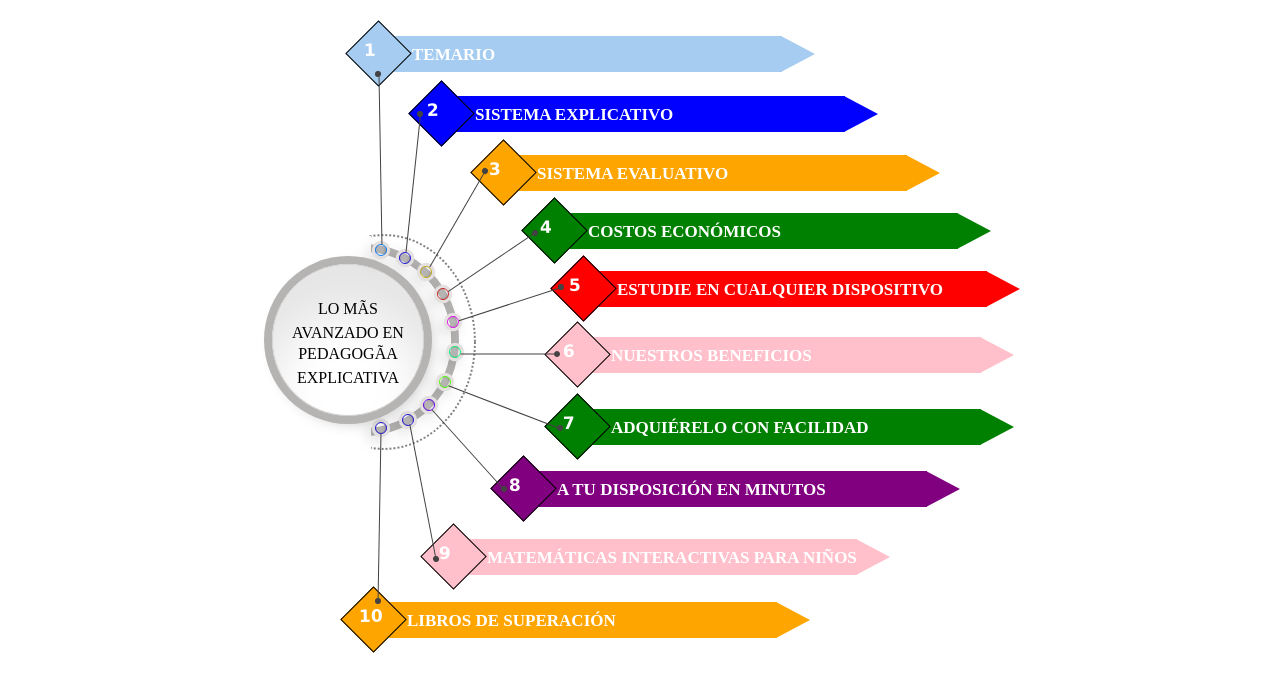
Repository: jennymoreno94/Menu
Page: index.html
The author's editor kept a copy of each file at every save. The page is drawn from the files as they stood at one save, then again after the next save.
The browser window is 1280 px wide. The pictures show the whole page.

Above is the page before, as saved 2021-08-02 00:17:18.

### index.html
<!DOCTYPE html>
<html lang=”en”>

<head>
  <link rel="stylesheet" href="estilo.css">
  <meta charset=”UTF-8″ />
  <title>Menu</title>
</head>
<body>
  <container>
    <div class="circulo-completo">
      <div class="circle-menu">
        <p>LO MÁS AVANZADO EN PEDAGOGÍA EXPLICATIVA</p>
      </div>
      <div id="circulo" class="circle-menus derecha"></div>
    </div>
    <div class="circle-punto derecha"> </div>
  </container>
</body>
<script type="text/javascript" src="menu.js"></script>

</html>

### estilo.css


.circulo-completo {
    margin: 250px;
}

.circle-menu {
    position: relative;
    width: 150px;
    height: 150px;
    border: 1px solid rgb(211, 208, 208);
    border-radius: 50%;
    box-shadow: inset 0 3em 3em rgba(0, 0, 0, 0.1), 0 0 0 0.5rem rgb(182, 179, 179), 0.3em 0.3em 1em rgba(0, 0, 0, 0.3);
    float: left;
    z-index: 7;
    margin: 14px;
}

p {
    padding: 1rem;
    text-align: center;
}

.circle-menus {
    position: relative;
    background-color: gray;
    width: 180px;
    height: 180px;
    border-radius: 50% 50%;
    margin-left: -165px;
    float: left;
    z-index: 6;
}

.circle-menus::before {
    position: absolute;
    content: "";
    top: 1%;
    left: 1%;
    background-color: #fff;
    height: 98%;
    width: 98%;
    border-radius: 50% 50%;
    box-shadow: inset 0 3em 3em rgb(255, 255, 255), 0 0 0 0.5rem rgb(182, 179, 179), 0.3em 0.3em 1em rgb(255, 255, 255);
}

.circle-menus::after {
    position: absolute;
    content: "";
    height: 50%;
    background-color: rgb(255, 255, 255);
    border: 1px solid #fff;
    top: 50%;
    left: 0;
    width: 100%;
    box-shadow: inset 0 3em 3em rgb(255, 255, 255), 0 0 0 0.5rem rgb(255, 255, 255), 0.3em 0.3em 1em rgb(255, 255, 255);
}

.circle-menus.derecha {
    transform: rotate(90deg);
}

.circulo-pequeno {
    position: relative;
    width: 10px;
    height: 10px;
    border-radius: 50%;
    box-shadow: inset 0 0.1rem 0.1rem rgba(0, 0, 0, 0.1), 0 0 0 0.2rem rgb(229, 224, 224), 0.3em 0.3em 1em rgba(0, 0, 0, 0.3);
    float: left;
    z-index: 5;
}

.num1 {
    border: 1px solid rgb(10 124 241);
    margin: 66px 0px 48px -6px;
}

.num::after {
    height: 1px;
    background-color: red;
}

.num2 {
    border: 1px solid rgb(32 20 212);
    margin: 42px 0px 0px -4px;
}

.num3 {
    border: 1px solid rgb(190 169 26);
    margin: 21px 0px 0px 2px;
}

.num4 {
    border: 1px solid rgb(200 41 41);
    margin: 4px 0px 0px 10px;
}

.num5 {
    border: 1px solid rgb(222 19 235);
    margin: -6px 0px 0px 16px;
}

.num6 {
    border: 1px solid rgb(18 235 115);
    margin: -8px 0px 0px 18px;
}

.num7 {
    border: 1px solid rgb(89 249 20);
    margin: 2px 0px 0px 18px;
}

.num8 {
    border: 1px solid rgb(100 3 225);
    margin: 18px 0px 0px 11px;
}

.num9 {
    border: 1px solid rgb(32 20 212);
    margin: 39px -1px 0px 3px;
}

.num10 {
    border: 1px solid rgb(32 20 212);
    margin: 66px -14px 0px -3px;
}

.circle-punto {
    position: relative;
    width: 212px;
    height: 180px;
    border-radius: 50% 50%;
    margin-left: -177px;
    border: 2px dotted gray;
    float: left;
    z-index: 4;
}

.circle-punto::before {
    position: absolute;
    content: "";
    top: 1%;
    left: 1%;
    background-color: #fff;
    height: 98%;
    width: 98%;
    border-radius: 50% 50%;
}

.circle-punto::after {
    position: absolute;
    content: "";
    height: 50%;
    background-color: rgb(255, 255, 255);
    border: 1px dotted #fff;
    top: 57%;
    left: 0;
    width: 100%;
}

.circle-punto.derecha {
    transform: rotate(90deg);
}

.boton-agrupado {
    position: relative;
    float: left;
    z-index: 3;
}

.button-href {
    position: relative;
    width: 400px;
    height: 36px;
    background: white;
    display: inline-block;
    color: black;
    text-decoration: none;
    z-index: -1;

}

.flecha {
    position: absolute;
    content: "";
    border-left: 34px solid white;
    border-top: 18px solid transparent;
    border-bottom: 18px solid transparent;
    margin-left: -1px;
}

.texto {
    margin-left: 30px;
    margin-top: 9px;
    font-size: 17px;
    color: white;

}

.btn1 {
    transform: translateY(-268px) translateX(-391px) rotate(630deg);
}

.btn2 {
    transform: translateY(-307px) translateX(-339px) rotate(630deg);
}

.btn3 {
    transform: translateY(-348px) translateX(-294px) rotate(630deg);
}

.btn4 {
    transform: translateY(-382px) translateX(-258px) rotate(630deg);
}

.btn5 {
    transform: translateY(-401px) translateX(-228px) rotate(630deg);
}

.btn6 {
    transform: translateY(-393px) translateX(-192px) rotate(630deg);
}

.btn7 {
    transform: translateY(-403px) translateX(-150px) rotate(630deg);
}

.btn8 {
    transform: translateY(-365px) translateX(-111px) rotate(630deg);
}

.btn9 {
    transform: translateY(-316px) translateX(-58px) rotate(630deg);
}

.btn10 {
    transform: translateY(-263px) translateX(-3px) rotate(630deg);
}


.linea {
    position: relative;
    width: 112px;
    height: 47px;
    border-bottom: 1px solid rgb(68, 66, 66);
    float: left;
    z-index: 4;
    transform: translateY(4px) translateX(-168px) rotate(181deg);
}

.punto {
    position: relative;
    width: 4px;
    height: 4px;
    border-radius: 50%;
    float: left;
    background: rgb(68, 66, 66);;
    border: 1px solid rgb(68, 66, 66);;
    z-index: 4;
}



.linea1 {
    transform: translateY(5px) translateX(-168px) rotate(179deg);
    width: 168px;
}

.punto1{
    transform: translateY(-43px) translateX(-174px) rotate(181deg);
}


.linea2 {
    transform: translateY(-4px) translateX(-143px) rotate(186deg);
    width: 140px;
}

.punto2 {
    transform: translateY(-61px) translateX(-142px) rotate(186deg);
}

.linea3 {
    transform: translateY(-30px) translateX(-115px) rotate(210deg);
    width: 111px;
}

.punto3 {
    transform: translateY(-105px) translateX(-99px) rotate(210deg);
}

.linea4 {
    transform: translateY(-54px) translateX(-98px) rotate(236deg);
    width: 104px;
}

.punto4 {
    transform: translateY(-138px) translateX(-59px) rotate(236deg);
}

.linea5 {
    transform: translateY(-68px) translateX(-88px) rotate(252deg);
    width: 106px;
}

.punto5 {
    transform: translateY(-154px) translateX(-33px) rotate(254deg);
}


.linea6 {
    transform: translateY(-72px) translateX(-64px) rotate(270deg);
    width: 95px;
}

.punto6 {
    transform: translateY(-148px) translateX(4px) rotate(270deg);
}

.linea7 {
    transform: translateY(-86px) translateX(-51px) rotate(291deg);
    width: 118px;
}

.punto7 {
    transform: translateY(-161px) translateX(48px) rotate(291deg);
}

.linea8 {
    transform: translateY(-75px) translateX(-20px) rotate(318deg);
    width: 107px;
}

.punto8 {
    transform: translateY(-121px) translateX(86px) rotate(318deg);
}

.linea9 {
    transform: translateY(-11px) translateX(12px) rotate(169deg);
    width: 140px;
}

.punto9 {
    transform: translateY(-74px) translateX(141px) rotate(169deg);}

.linea10 {
    transform: translateY(-41px) translateX(11px) rotate(361deg);
    width: 168px;
}

.punto10 {
    transform: translateY(-43px) translateX(175px) rotate(361deg);
}

.text {
    border-radius: 4px;
    font-family: Verdana;
    color: white;
    position: relative;
    overflow: hidden;
    padding: 4px;
    top: 37%;
    transform: translateY(-111%) rotate( 314deg);
    font-size: 17px;
    text-transform: uppercase;
}

.rombo {
    position: absolute;
    content: "";
    width: 45px;
    height: 45px;
    background: white;
    -webkit-transform: rotate(45deg);
    -moz-transform: rotate(45deg);
    -ms-transform: rotate(45deg);
    -o-transform: rotate(45deg);
    transform: rotate(45deg);
    border: 1px solid;
    margin-left: -27px;
    margin-top: -6px;
    z-index: 1;
}

### menu.js
let circulo = document.getElementById("circulo");

function Menu() {
    for (i = 0; i < 10 ; i++ ) {
        let circuloPequeno = document.createElement("div")
        circuloPequeno.classList.add("circulo-pequeno")
        circuloPequeno.classList.add(`num${i+1}`)

        let linea = document.createElement("div")
        linea.classList.add("linea")
        linea.classList.add(`linea${i+1}`)

        let punto = document.createElement("div")
        punto.classList.add("punto")
        punto.classList.add(`punto${i+1}`)


        let boton = document.createElement("div")
        boton.classList.add("boton-agrupado")
        boton.classList.add(`btn${i+1}`)

        let color=cambiocolor(i+1)

        let spanRombo =document.createElement("span")
        spanRombo.classList.add("rombo")
        spanRombo.style.setProperty(`background`, color);

        let h3Rombo =document.createElement("h3")
        h3Rombo.classList.add("text")

        let link =document.createElement("a")
        link.classList.add("button-href")
        link.style.setProperty(`background`, color);

        let span =document.createElement("span")
        span.classList.add("flecha")
        span.style.setProperty(`border-left`,`34px solid ${color}`);

        let h3 =document.createElement("h3")
        h3.classList.add("texto")
        let textoFinal = texto(i+1)

        circulo.appendChild(circuloPequeno)
        circuloPequeno.appendChild(linea)
        circuloPequeno.appendChild(punto)
        circuloPequeno.appendChild(boton)
        boton.appendChild(spanRombo)
        boton.appendChild(link)
        boton.appendChild(span)
        link.appendChild(h3)
        spanRombo.appendChild(h3Rombo)
        h3.append(textoFinal);
        h3Rombo.append(i+1);
    }
}


function texto(num) {
    let texto = ''
    switch (num) {
        case 1: texto='TEMARIO'
        break;
        case 2: texto='SISTEMA EXPLICATIVO'
        break;
        case 3: texto='SISTEMA EVALUATIVO'
        break;
        case 4: texto='COSTOS ECONÓMICOS'
        break;
        case 5: texto='ESTUDIE EN CUALQUIER DISPOSITIVO'
        break;
        case 6: texto='NUESTROS BENEFICIOS'
        break;
        case 7: texto='ADQUIÉRELO CON FACILIDAD'
        break;
        case 8: texto='A TU DISPOSICIÓN EN MINUTOS'
        break;
        case 9: texto='MATEMÁTICAS INTERACTIVAS PARA NIÑOS'
        break;
        case 10: texto='LIBROS DE SUPERACIÓN'
        break;
    }
    return texto
}

function cambiocolor(num) {
    let color = ''
    switch (num) {
        case 1: color='rgb(166, 205, 241)'
        break;
        case 2: color='blue'
        break;
        case 3: color='orange'
        break;
        case 4: color='green'
        break;
        case 5: color='red'
        break;
        case 6: color='pink'
        break;
        case 7: color='green'
        break;
        case 8: color='purple'
        break;
        case 9: color='pink'
        break;
        case 10: color='orange'
        break;
    }
    return color
}




document.onload = Menu()

After the next save:
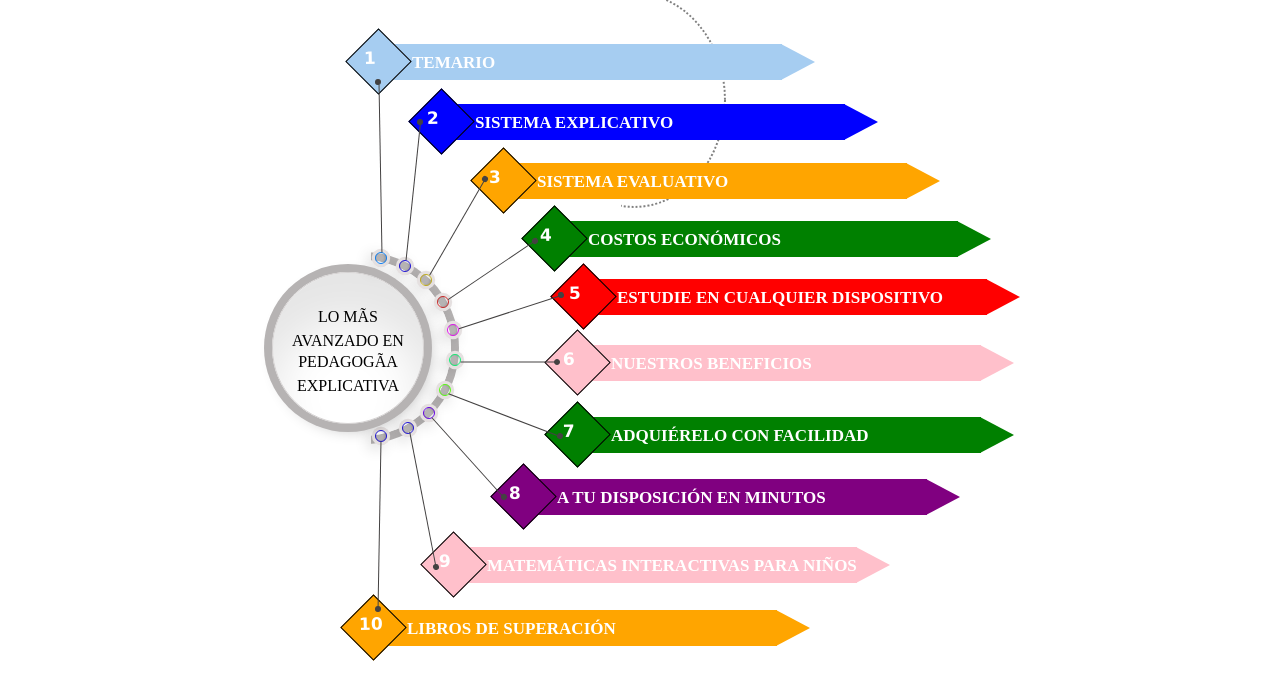
Saved 79 s later.
--- a/estilo.css
+++ b/estilo.css
@@ -2,6 +2,8 @@
 
 .circulo-completo {
     margin: 250px;
+    float: left;
+
 }
 
 .circle-menu {

After the save that followed:
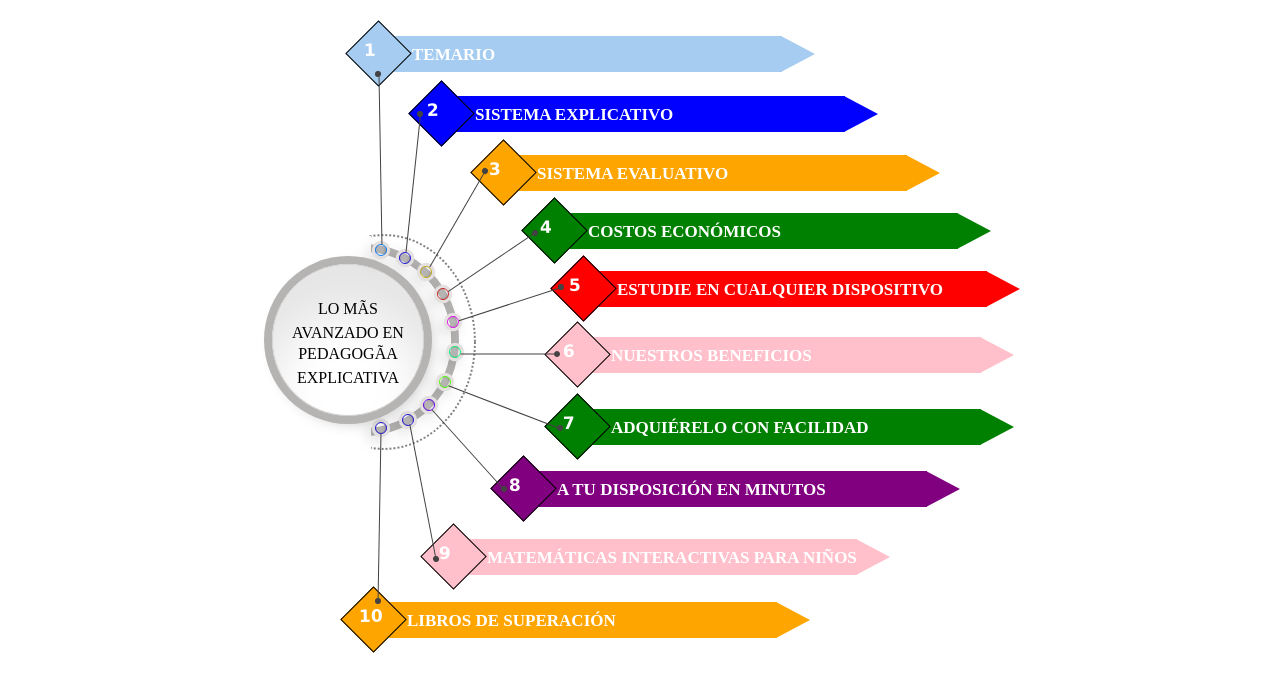
Saved 14 s later.
--- a/estilo.css
+++ b/estilo.css
@@ -2,7 +2,6 @@
 
 .circulo-completo {
     margin: 250px;
-    float: left;
 
 }
 
